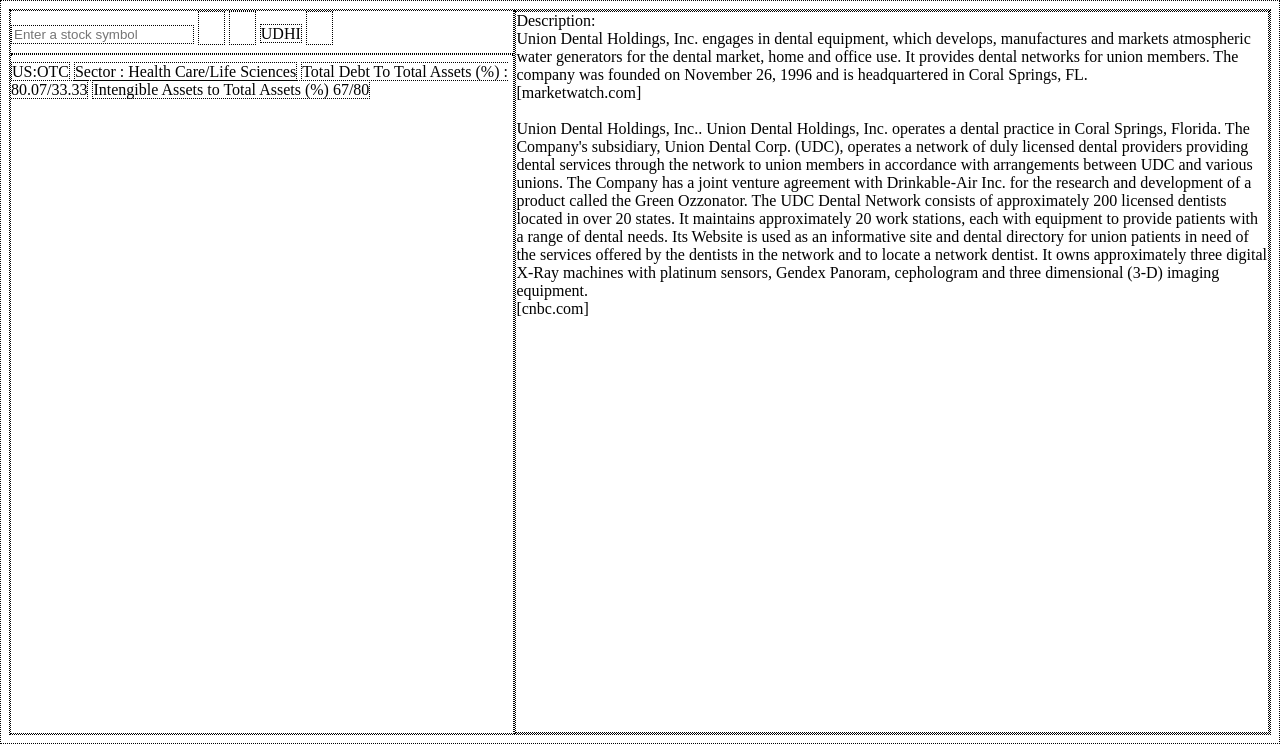
Repository: hadi4172/halal-stock-scanner
Page: popup.html
These files come from the project's save history. The page is drawn as it stood at one moment and after the next save; the edit follows.
The browser window is 1280 px wide. The pictures show the whole page.

Above is the page before, as saved 2020-09-24 17:50:53.

After the next save:
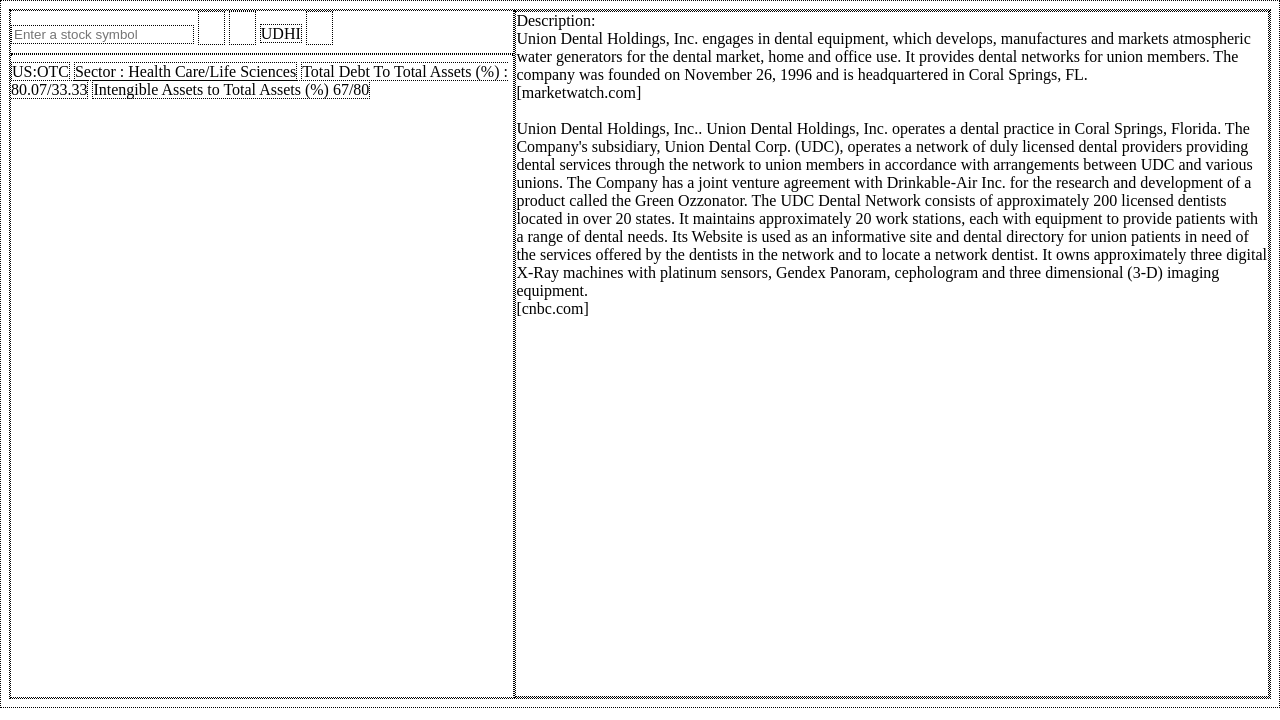
Saved 35 s later.
--- a/popup.css
+++ b/popup.css
@@ -15,6 +15,6 @@
 }
 
 #description{
-    height: 100vh;
+    height: 95vh;
     overflow: auto;
 }
